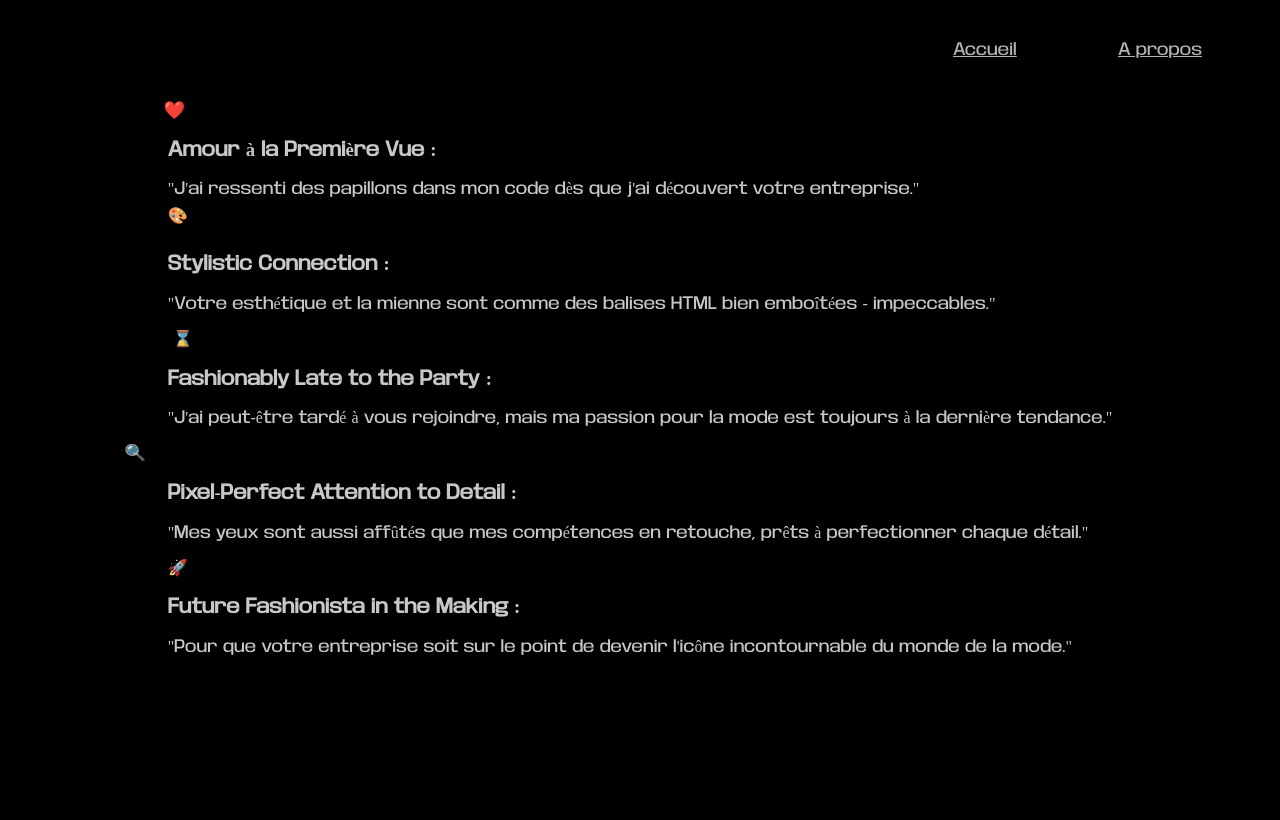
Repository: inessben/application
Page: company/company.html
These files come from the project's save history. The page is drawn as it stood at one moment and after the next save; the edit follows.
The browser window is 1280 px wide. The pictures show the whole page.

Above is the page before, as saved 2023-12-04 02:45:21.

### company/company.html
<!DOCTYPE html>
<html lang="en">
<head>
    <meta charset="UTF-8">
    <meta name="viewport" content="width=device-width, initial-scale=1.0">
    <!-- generate the icon -->
    <link rel="apple-touch-icon" sizes="180x180" href="/favicon/apple-touch-icon.png">
    <link rel="icon" type="image/png" sizes="32x32" href="/favicon/favicon-32x32.png">
    <link rel="icon" type="image/png" sizes="16x16" href="/favicon/favicon-16x16.png">
    <link rel="manifest" href="/favicon/site.webmanifest">
    <link rel="mask-icon" href="/favicon/safari-pinned-tab.svg" color="#5bbad5">
    <meta name="msapplication-TileColor" content="#da532c">
    <!--  -->
    <meta name="theme-color" content="#ffffff">
    <title>#slowlyApplication</title>
    <link rel="stylesheet" href="company.css">

</head>
<body>
    <section id="nav-header">
        <header class="links">
            <a href="/index.html" class="link">Accueil</a>
            <a href="/about/about.html" class="link">A propos</a>
        </header>
    </section>
    <section id="creative-section">
        <section id="sentences">
            <div id="heart-animation">❤️</div>
            <h3>Amour à la Première Vue :</h3>
            <p>"J'ai ressenti des papillons dans mon code dès que j'ai découvert votre entreprise."</p>
        </section>

        <section id="sentences">
            <div id="stylistic-connection-animation">🎨</div>
            <h3>Stylistic Connection :</h3>
            <p>"Votre esthétique et la mienne sont comme des balises HTML bien emboîtées - impeccables."</p>
        </section>

        <section id="sentences">
            <div id="fashionably-late-animation">⌛</div>
            <h3>Fashionably Late to the Party :</h3>
            <p>"J'ai peut-être tardé à vous rejoindre, mais ma passion pour la mode est toujours à la dernière tendance."</p>
        </section>


        <section id="sentences">
            <div id="pixel-perfect-animation">🔍</div>
            <h3>Pixel-Perfect Attention to Detail :</h3>
            <p>"Mes yeux sont aussi affûtés que mes compétences en retouche, prêts à perfectionner chaque détail."</p>
        </section>

        <section id="sentences">
            <div id="future-fashionista-animation">🚀</div>
            <h3>Future Fashionista in the Making :</h3>
            <p>"Pour que votre entreprise soit sur le point de devenir l'icône incontournable du monde de la mode."</p>
        </section>
    </section>



        <!-- <footer>
            <p>© Iness Ben Aïssa - All rights reversed. Because who needs more rights anyway?</p>
        </footer> -->

        </body>
        </html>

### company/company.css
@font-face {
    font-family: "Jolley";
    src: url("/fonts/jolley.woff");
    }

@font-face {
    font-family: "Base Neue";
    src: url("/fonts/base-neue.ttf");
    }

::-webkit-scrollbar {
    width: 8px;
    }

::-webkit-scrollbar-track {
    background-color: #000;
    }

::-webkit-scrollbar-thumb {
    background-color: #4b4b4b;
    border-radius: 4px;
    }

::-webkit-scrollbar-thumb:hover {
    opacity: 0.7;
    }

html {
    scroll-behavior: smooth;
    }

body {
font-family: "Base Neue";
    margin: 0;
    padding: 0;
    display: flex;
    align-items: center;
    justify-content: center;
    height: 100vh;
    background-color: #000000;
    color: #c8c8c8;
    }

#nav-header {
        position: absolute;
        top: 30px;
        right: 20px;
        font-size: 16px;
        font-weight: 500;
        padding: 10px;
    }

.link {
    padding: 8px;
    text-decoration: #b3b3b3 underline;
    color: #b3b3b3;
    margin: auto 40px;
    }

.link:hover {
        opacity: 0.7;
    }

#creative-section{
    position: relative;
    height: 100vh;
    top: 100px;
}

#heart-animation {
    width: 100px;
    animation: heartbeat 1.5s infinite;
    }

#stylistic-connection-animation {
    animation: styleConnection 2s infinite alternate;
    }

#fashionably-late-animation {
    animation: fashionablyLate 1s infinite alternate;
    }

#pixel-perfect-animation {
    animation: pixelPerfect 1.5s infinite alternate;
    }

#future-fashionista-animation {
    animation: futureFashionista 2s infinite alternate;
    }

@keyframes heartbeat {
    0%, 100% {
    transform: scale(1);
    }
    50% {
    transform: scale(1.1);
    }
}

@keyframes styleConnection {
    0% {
    transform: translateY(0);
    }
    100% {
    transform: translateY(-10px);
    }
}

@keyframes fashionablyLate {
    0% {
    transform: translateX(0);
    }
    100% {
    transform: translateX(5px);
    }
}

@keyframes pixelPerfect {
    0% {
    transform: scaleX(1);
    }
    100% {
    transform: scaleX(1.1);
    }
}

@keyframes futureFashionista {
    0% {
    opacity: 0.8;
    }
    100% {
    opacity: 1;
    }
}

/* footer{
    position: relative;
    bottom: 0;
    display: flex;
    align-items: center;
    justify-content: center;
    }  */

After the next save:
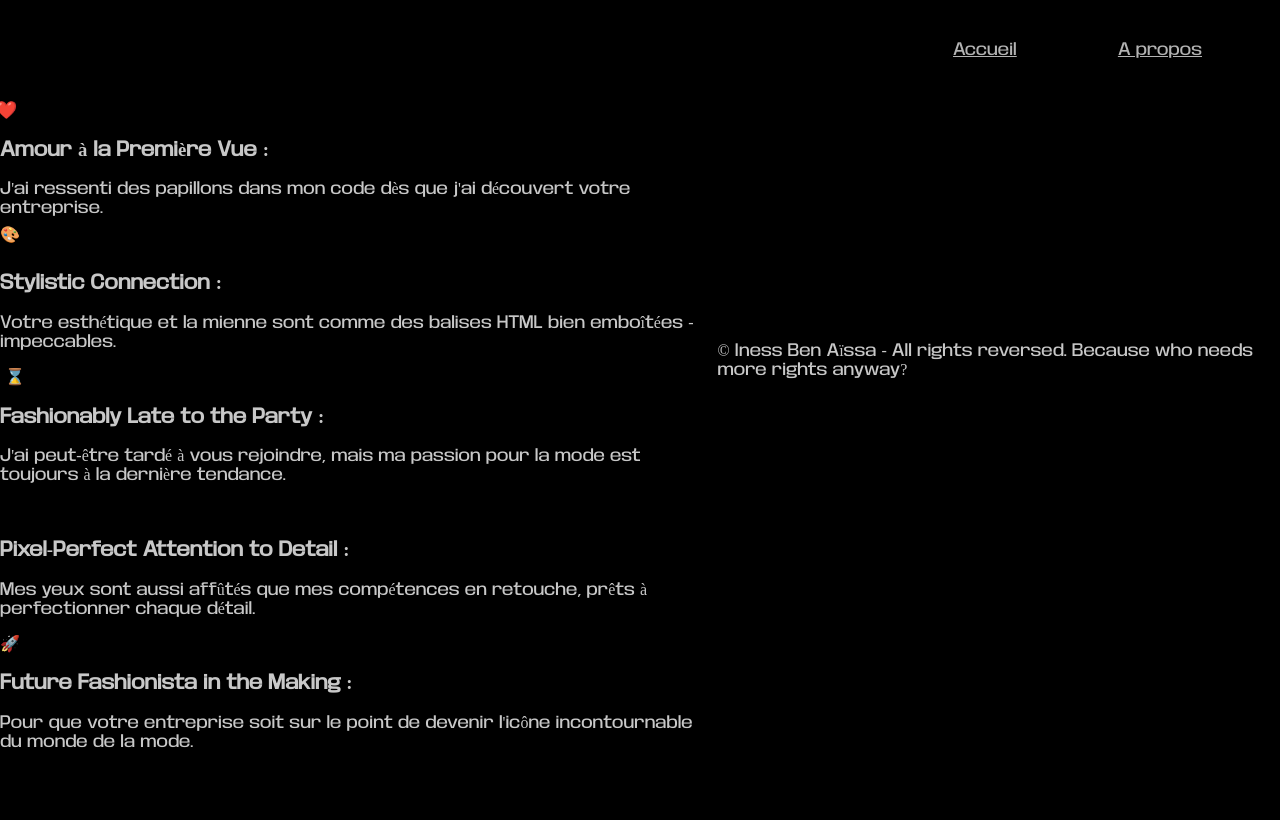
Saved 6 min 16 s later.
--- a/company/company.html
+++ b/company/company.html
@@ -27,40 +27,40 @@
         <section id="sentences">
             <div id="heart-animation">❤️</div>
             <h3>Amour à la Première Vue :</h3>
-            <p>"J'ai ressenti des papillons dans mon code dès que j'ai découvert votre entreprise."</p>
+            <p>J'ai ressenti des papillons dans mon code dès que j'ai découvert votre entreprise.</p>
         </section>
 
         <section id="sentences">
             <div id="stylistic-connection-animation">🎨</div>
             <h3>Stylistic Connection :</h3>
-            <p>"Votre esthétique et la mienne sont comme des balises HTML bien emboîtées - impeccables."</p>
+            <p>Votre esthétique et la mienne sont comme des balises HTML bien emboîtées - impeccables.</p>
         </section>
 
         <section id="sentences">
             <div id="fashionably-late-animation">⌛</div>
             <h3>Fashionably Late to the Party :</h3>
-            <p>"J'ai peut-être tardé à vous rejoindre, mais ma passion pour la mode est toujours à la dernière tendance."</p>
+            <p>J'ai peut-être tardé à vous rejoindre, mais ma passion pour la mode est toujours à la dernière tendance.</p>
         </section>
 
 
         <section id="sentences">
             <div id="pixel-perfect-animation">🔍</div>
             <h3>Pixel-Perfect Attention to Detail :</h3>
-            <p>"Mes yeux sont aussi affûtés que mes compétences en retouche, prêts à perfectionner chaque détail."</p>
+            <p>Mes yeux sont aussi affûtés que mes compétences en retouche, prêts à perfectionner chaque détail.</p>
         </section>
 
         <section id="sentences">
             <div id="future-fashionista-animation">🚀</div>
             <h3>Future Fashionista in the Making :</h3>
-            <p>"Pour que votre entreprise soit sur le point de devenir l'icône incontournable du monde de la mode."</p>
+            <p>Pour que votre entreprise soit sur le point de devenir l'icône incontournable du monde de la mode.</p>
         </section>
     </section>
 
 
 
-        <!-- <footer>
-            <p>© Iness Ben Aïssa - All rights reversed. Because who needs more rights anyway?</p>
-        </footer> -->
+    <footer>
+        <p>© Iness Ben Aïssa - All rights reversed. Because who needs more rights anyway?</p>
+    </footer>
 
-        </body>
-        </html>
+</body>
+</html>
